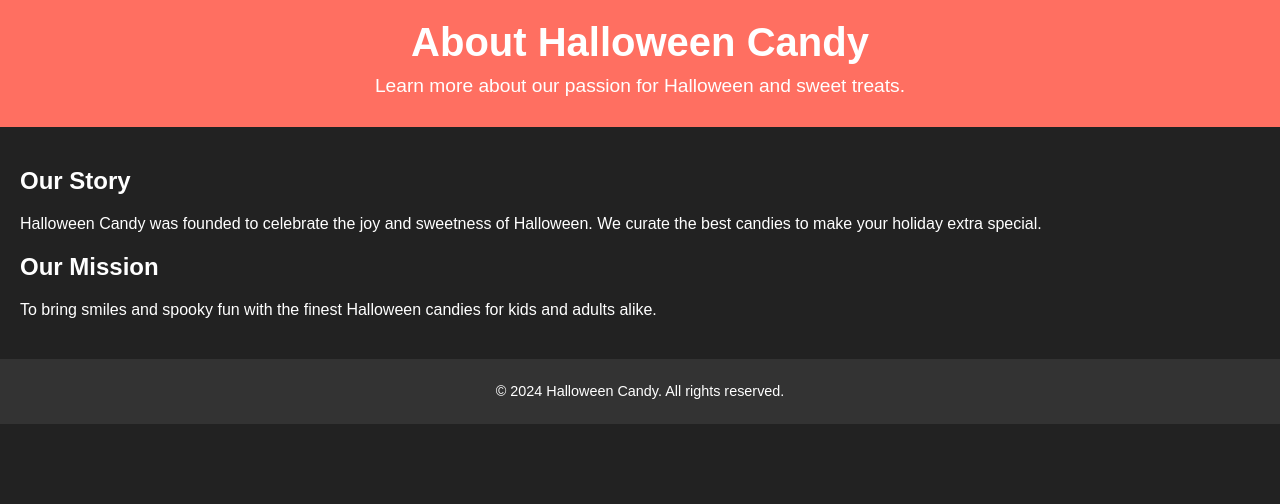
Repository: monicaifijeh/test2
Page: kyportfolio/src/aboutHallo.html
The author's editor kept a copy of each file at every save. The page is drawn from the files as they stood at one save, then again after a run of saves.
The browser window is 1280 px wide. The pictures show the whole page.

Above is the page before, as saved 2024-12-20 00:34:26.

### kyportfolio/src/aboutHallo.html
<!DOCTYPE html>
<html lang="en">
<head>
    <meta charset="UTF-8">
    <meta name="viewport" content="width=device-width, initial-scale=1.0">
    <title>About - Halloween Candy</title>
    <link rel="stylesheet" href="kystyle.css">
</head>
<body>
    <header>
        <h1>About Halloween Candy</h1>
        <p>Learn more about our passion for Halloween and sweet treats.</p>
    </header>
    <main>
        <section>
            <h2>Our Story</h2>
            <p>Halloween Candy was founded to celebrate the joy and sweetness of Halloween. We curate the best candies to make your holiday extra special.</p>
        </section>
        <section>
            <h2>Our Mission</h2>
            <p>To bring smiles and spooky fun with the finest Halloween candies for kids and adults alike.</p>
        </section>
    </main>
    <footer>
        <p>&copy; 2024 Halloween Candy. All rights reserved.</p>
    </footer>
</body>
</html>

### kyportfolio/src/kystyle.css
body {
    font-family: Arial, sans-serif;
    margin: 0;
    padding: 0;
    background-color: #222;
    color: #fff;
}

header {
    text-align: center;
    padding: 20px;
    background-color: #ff6f61;
}

header h1 {
    margin: 0;
    font-size: 2.5rem;
}

header p {
    margin: 10px 0;
    font-size: 1.2rem;
}

nav ul {
    display: flex;
    justify-content: right;
    list-style: none;
    padding: 10px;
    background-color: #333;
    margin: 0;
}

nav ul li {
    margin: 0 15px;
}

nav ul li a {
    text-decoration: none;
    color: #fff;
    font-size: 1.1rem;
}

nav ul li a:hover {
    text-decoration: underline;
}

main {
    padding: 20px;
}

section {
    margin-bottom: 20px;
}

footer {
    text-align: center;
    padding: 10px;
    background-color: #333;
    color: #fff;
    font-size: 0.9rem;
}

After the next 3 saves:
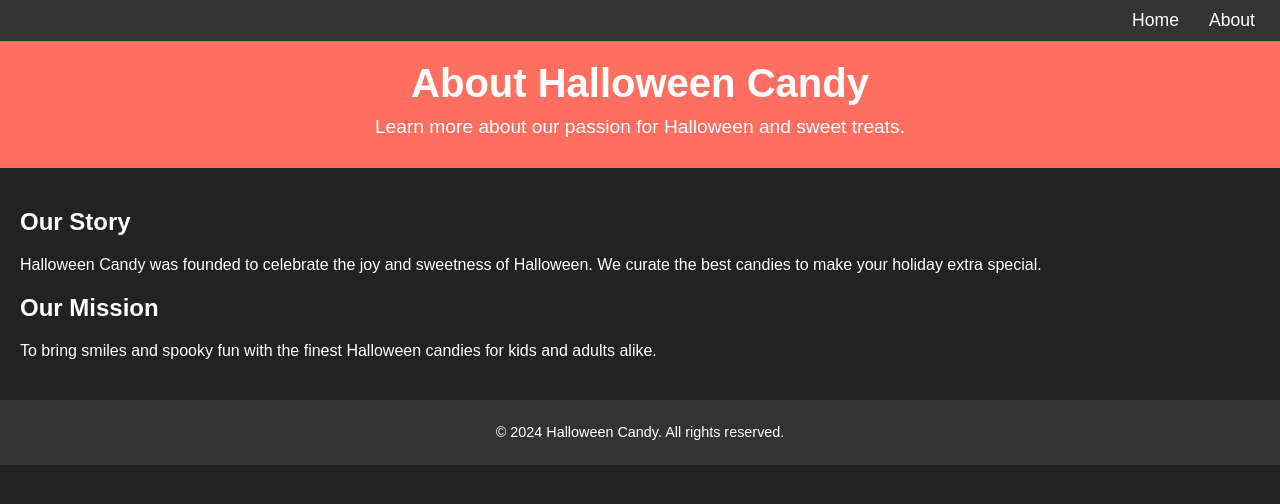
The 3 saves are shown as one change because they came seconds apart.
The last was saved 9 s later.
--- a/kyportfolio/src/aboutHallo.html
+++ b/kyportfolio/src/aboutHallo.html
@@ -7,6 +7,12 @@
     <link rel="stylesheet" href="kystyle.css">
 </head>
 <body>
+    <nav>
+        <ul>
+            <li><a href="indexHallo.html">Home</a></li>
+            <li><a href="about.html">About</a></li>
+        </ul>
+    </nav>
     <header>
         <h1>About Halloween Candy</h1>
         <p>Learn more about our passion for Halloween and sweet treats.</p>
